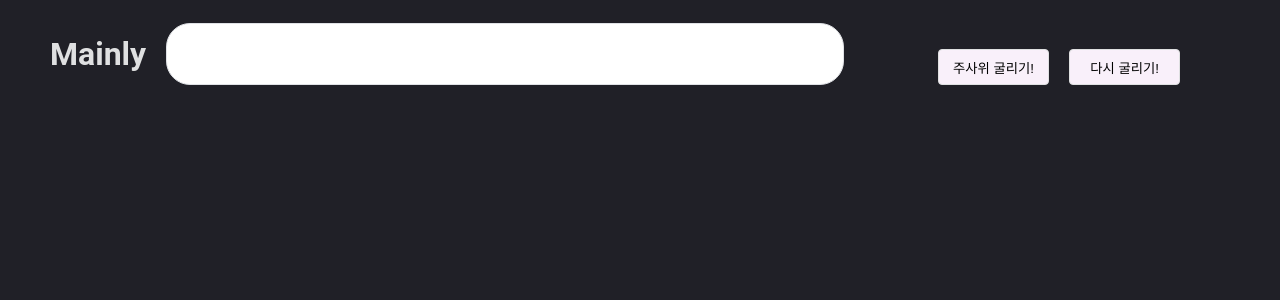
Repository: M1NARTY/WebProgramming
Page: feelLuck.html
An editor plug-in stored every save of this project. The page is shown before and after the next save, followed by the edit.
The browser window is 1280 px wide. The pictures show the whole page.

Above is the page before, as saved 2023-12-18 00:43:54.

### feelLuck.html
<!DOCTYPE html>
<html lang="ko">
    <head>
        <meta charset="UTF-8">
        <title>Mainly Dude</title>
        <link rel="stylesheet" href="feelLuck.css">
        <style>

        </style>
    </head>
    <body style="background-color:#202027">
        <div class="top">
            <h1>Mainly</h1>
            <div class="box"></div>

        <div class="game">
            <button id="rollDice" type="button">주사위 굴리기!</button>
            <button id="rollDice" type="button">다시 굴리기!</button>
        </div>
            </div>
        </body>
</html>

### feelLuck.css
body {
    height: 100%;
    margin: 0;
}

.top {
    display: flex;
    align-items: center;
    height: 15vh;
}

.top h1  {
    font-family: "Roboto";
    color: #dfe0e1;
    margin-left: 50px;
}

.box {
    width: 616px;
    margin: 20px;
    padding: 30px;
    border: 1px solid #DFE1E5;
    border-radius: 24px;
    background: #FFF;
}

.game {
    display: flex;
    justify-content: left;
    align-items: left;
    width: 268px;
    margin: 0 auto;
    margin-top: 26px;
    gap: 20px;
}

.game button:nth-child(1) {
    width: 111px;
    height: 36px;
    border-radius: 4px;
    border: 1px solid #dfe0e1;
    background: #F9F0FA;
}
.game button:nth-child(2) {
    width: 111px;
    height: 36px;
    border-radius: 4px;
    border: 1px solid #dfe0e1;
    background: #F9F0FA;
}

After the next save:
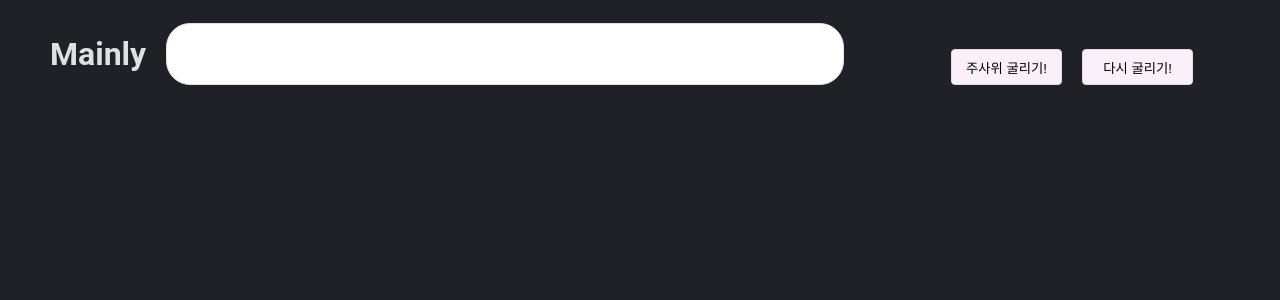
Saved 9 s later.
--- a/feelLuck.css
+++ b/feelLuck.css
@@ -26,8 +26,8 @@
 
 .game {
     display: flex;
-    justify-content: left;
-    align-items: left;
+    justify-content: center;
+    align-items: center;
     width: 268px;
     margin: 0 auto;
     margin-top: 26px;
